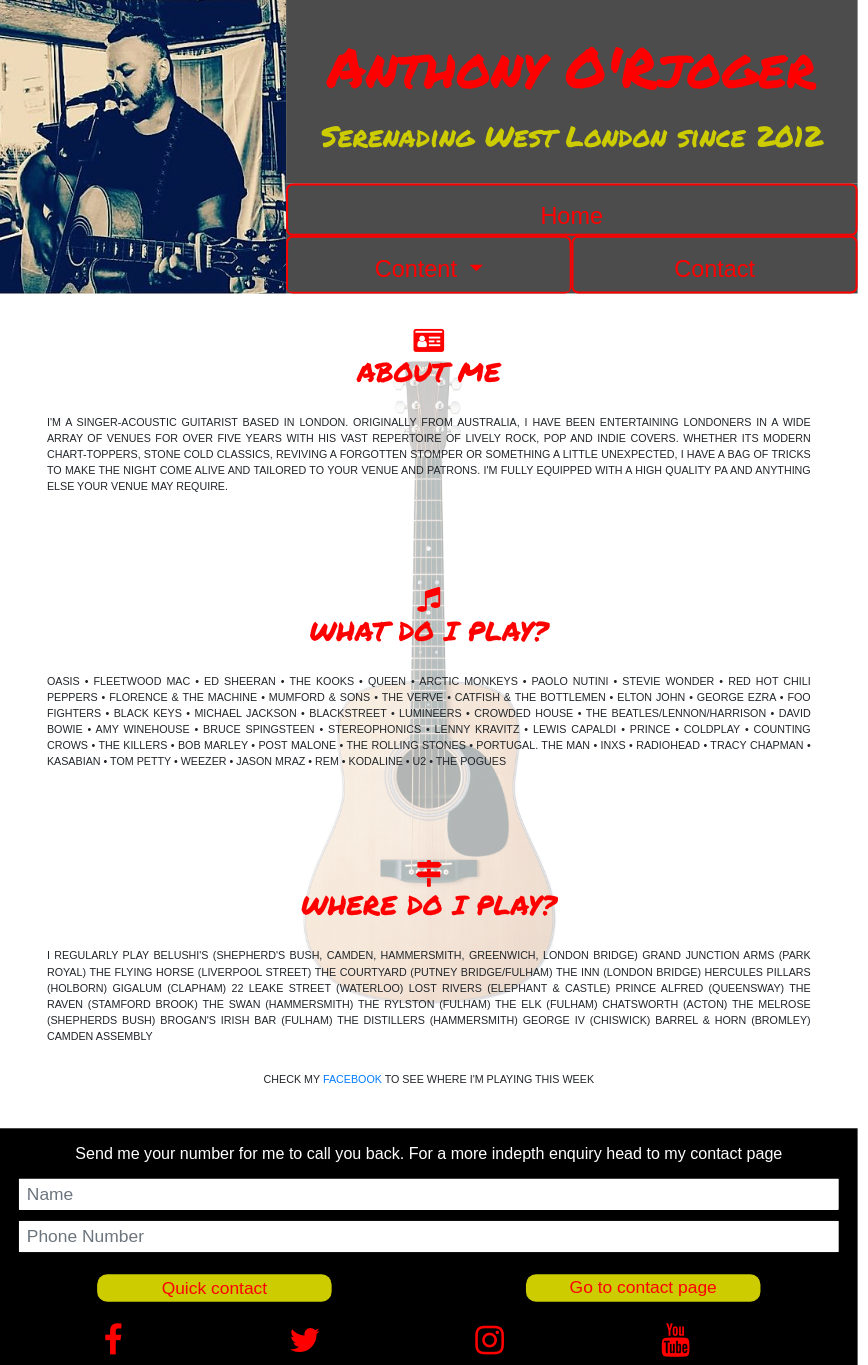
Repository: SimonGeorgeNZ/milestone_1
Page: index.html
The author's editor kept a record of every edit. The page is drawn from the files as they stood at one moment, then again after the next edit.
The browser window is 1280 px wide. The page is 1295 px wide, so the pictures cover 1295 px, including what lies to the right of the window. The pictures show the whole page, at 67% of full size.
Some web fonts or font styles are not loaded; a fallback is used. Some web libraries are served in a nearby version.

Above is the page before.

### index.html
<!DOCTYPE html>
<html lang="en">

<head>
    <meta charset="UTF-8">
    <meta name="viewport" content="width=device-width, initial-scale=1.0">
    <meta http-equiv="X-UA-Compatible" content="ie=edge">
    <link rel="stylesheet" href="assets/css/style.css" type="text/css" />
    <link rel="stylesheet" href="https://maxcdn.bootstrapcdn.com/bootstrap/4.2.1/css/bootstrap.min.css" type="text/css" />
    <link rel="stylesheet" href="https://maxcdn.bootstrapcdn.com/font-awesome/4.7.0/css/font-awesome.min.css" type="text/css" />
    <title>Anthony O'Rjoger</title>
</head>

<body>
    <header>

        <div class="row no-gutters">
            <a class="col-md-4 profile" href="index.html"></a>
            <div class="col-md-8">
                <div class="row no-gutters bg-color-title">
                    <div class="col title">
                        <h1 class="name">Anthony O'Rjoger</h1>
                        <h2 class="tag-line">Serenading West London since 2012</h2>
                    </div>
                </div>
                <div class="row no-gutters bg-col-blk">
                    <div class="col-4 col-sm-12 nav-but">
                        <a href="index.html" class="nav-but-text"><i aria-hidden="true"></i><span>Home</span></a>
                    </div>
                    <div class="col-4 col-sm-6 dropdown nav-but">
                        <button class="btn btn-secondary dropdown-toggle container-fluid" type="button" id="dropdownMenuButton" data-toggle="dropdown" aria-haspopup="true" aria-expanded="false">
    Content
  </button>
                        <div class="dropdown-menu" aria-labelledby="dropdownMenuButton">
                            <a class="dropdown-item" href="photos.html">Photos</a>
                            <a class="dropdown-item" href="videos.html">Videos</a>
                        </div>
                    </div>
                    <div class="col-4 col-sm-6 nav-but">
                        <a href="#quickcontact" class="nav-but-text"><i aria-hidden="true"></i><span>Contact</span></a>
                    </div>
                </div>

            </div>

        </div>
        </div>
    </header>

    <body class="jumbotron-main">
        <div class="row">
            <div class="about">
                <h1 class="text-box-heading"><i class="fa fa-id-card"></i><br>About me</h1>
                <p class="text-box">
                    I'm a singer-acoustic guitarist based in London. Originally from Australia, I have been entertaining Londoners in a wide array of venues for over five years with his vast repertoire of lively rock, pop and indie covers. Whether its modern chart-toppers,
                    stone cold classics, reviving a forgotten stomper or something a little unexpected, I have a bag of tricks to make the night come alive and tailored to your venue and patrons. I'm fully equipped with a high quality PA and anything
                    else your venue may require.
                </p>
            </div>
            <div class="about">
                <h1 class="text-box-heading"><i class="fa fa-music"></i><br>What do I play?</h1>
                <p class="text-box">
                    OASIS • FLEETWOOD MAC • ED SHEERAN • THE KOOKS • QUEEN • ARCTIC MONKEYS • PAOLO NUTINI • STEVIE WONDER • RED HOT CHILI PEPPERS • FLORENCE & THE MACHINE • MUMFORD & SONS • THE VERVE • CATFISH & THE BOTTLEMEN • ELTON JOHN • GEORGE EZRA • FOO FIGHTERS •
                    BLACK KEYS • MICHAEL JACKSON • BLACKSTREET • LUMINEERS • CROWDED HOUSE • THE BEATLES/LENNON/HARRISON • DAVID BOWIE • AMY WINEHOUSE • BRUCE SPINGSTEEN • STEREOPHONICS • LENNY KRAVITZ • LEWIS CAPALDI • PRINCE • COLDPLAY • COUNTING CROWS
                    • THE KILLERS • BOB MARLEY • POST MALONE • THE ROLLING STONES • PORTUGAL. THE MAN • INXS • RADIOHEAD • TRACY CHAPMAN • KASABIAN • TOM PETTY • WEEZER • JASON MRAZ • REM • KODALINE • U2 • THE POGUES
                </p>
            </div>
            <div class="about">
                <h1 class="text-box-heading"><i class="fa fa-map-signs"></i><br>Where do I play?</h1>
                <p class="text-box">
                    I regularly play BELUSHI'S (Shepherd's Bush, Camden, Hammersmith, Greenwich, London Bridge) GRAND JUNCTION ARMS (Park Royal) THE FLYING HORSE (Liverpool Street) THE COURTYARD (Putney Bridge/Fulham) THE INN (London Bridge) HERCULES PILLARS (Holborn) GIGALUM
                    (Clapham) 22 LEAKE STREET (Waterloo) LOST RIVERS (Elephant & Castle) PRINCE ALFRED (Queensway) THE RAVEN (Stamford Brook) THE SWAN (Hammersmith) THE RYLSTON (Fulham) THE ELK (Fulham) CHATSWORTH (Acton) THE MELROSE (Shepherds Bush)
                    BROGAN'S IRISH BAR (Fulham) THE DISTILLERS (Hammersmith) GEORGE IV (Chiswick) BARREL & HORN (Bromley) CAMDEN ASSEMBLY
                </p>

                <p class="text-box-1">Check my <a href="https://www.facebook.com/anthonyorjogermusic/" target="_blank">facebook</a> to see where I'm playing this week </p>


            </div>


        </div>
    </body>
    <footer class="container-fluid footer-bg footer">
        <div class="row">
            <div class="col">
                <form class="contact">
                    <div class="row no-gutters form">
                        <div class="col contact d-none d-md-block">
                            <div class="quickcontact" id="quickcontact">
                                <p>Send me your number for me to call you back. For a more indepth enquiry head to my contact page</p>
                            </div>
                            <input type="text" id="fullname" class="form-control" placeholder="Name" required />
                            <input type="text" id="phonenumber" class="form-control" placeholder="Phone Number" required />
                        </div>
                        <div class="row contactmobile d-md-none contact">
                            <div class="col-12">
                                <input type="text" id="fullname" class="form-control" placeholder="Name" name="name" required/>
                                <input type="email" id="emailaddress" class="form-control" placeholder="Email" name="email" required/>
                            </div>
                            <div class="col-12">
                                <textarea rows="5" name="projectsummary" id="projectsummary" class="form-control" placeholder="Whats the gig?" required/></textarea>
                            </div>
                        </div>
                    </div>
                </form>
            </div>
        </div>
        <div class="row">
            <input class="submit" type="submit" value="Quick contact" data-toggle="modal" data-target="#thanks" />
            <a href="contact.html" class="contactlink"><i aria-hidden="true"></i><span>Go to contact page</span></a>
        </div>
        <div class="container social-links-top">
            <div class="row no-gutters">
                <div class="col-3">
                    <a class="social-but" target=_ "blank" href="https://www.facebook.com/anthonyorjogermusic/">
                             <i class="fa fa-facebook" aria-hidden="true"></i>
                               <span class="sr-only">facebook</span>
                        </a>
                </div>
                <div class="col-3">
                    <a class="social-but" target=_ "blank" href="https://twitter.com/anthonyorjoger">
                             <i class="fa fa-twitter" aria-hidden="true"></i>
                               <span class="sr-only">Twitter</span>
                        </a>
                </div>
                <div class="col-3">
                    <a class="social-but" target=_ "blank" href="https://www.instagram.com/aor_music/">
                             <i class="fa fa-instagram" aria-hidden="true"></i>
                               <span class="sr-only">Instagram</span>
                        </a>
                </div>
                <div class="col-3">
                    <a class="social-but" target=_ "blank" href="https://www.youtube.com/channel/UCJdZ-PkIdPwwX4xIostHZ1g">
                             <i class="fa fa-youtube" aria-hidden="true"></i>
                               <span class="sr-only">Youtube</span>
                        </a>
                </div>
            </div>
        </div>
    </footer>

</body>
<script src="https://code.jquery.com/jquery-3.4.1.slim.min.js" integrity="sha384-J6qa4849blE2+poT4WnyKhv5vZF5SrPo0iEjwBvKU7imGFAV0wwj1yYfoRSJoZ+n" crossorigin="anonymous"></script>
<script src="https://cdn.jsdelivr.net/npm/popper.js@1.16.0/dist/umd/popper.min.js" integrity="sha384-Q6E9RHvbIyZFJoft+2mJbHaEWldlvI9IOYy5n3zV9zzTtmI3UksdQRVvoxMfooAo" crossorigin="anonymous"></script>
<script src="https://stackpath.bootstrapcdn.com/bootstrap/4.4.1/js/bootstrap.min.js" integrity="sha384-wfSDF2E50Y2D1uUdj0O3uMBJnjuUD4Ih7YwaYd1iqfktj0Uod8GCExl3Og8ifwB6" crossorigin="anonymous"></script>

<div class="modal fade" id="thanks" tabindex="-1" role="dialog" aria-labelledby="exampleModalLabel" aria-hidden="true">
    <div class="modal-dialog" role="document">
        <div class="modal-content">
            <div class="modal-header">
                <h5 class="modal-title" id="exampleModalLabel">Thanks!</h5>
                <button type="button" class="close" data-dismiss="modal" aria-label="Close">
          <span aria-hidden="true">&times;</span>
        </button>
            </div>
            <div class="modal-body">
                I'll be in touch shortly
            </div>
            <div class="modal-footer">
                <button type="button" class="close" data-dismiss="modal">Close</button>
            </div>
        </div>
    </div>
</div>

</html>

### assets/css/style.css
@import url('https://fonts.googleapis.com/css?family=Alatsi|Permanent+Marker|100,200,300,400,500,600,700');



/*------------------Colors------*/

.bg-color-title {
    background-color: #4c4c4c;
}

.li-menu-color {
    background-color: #4c4c4c;
}

.bg-col-blk {
    background-color: #4c4c4c;
}

.footer-bg {
    background-color: black;
}

.submit {
    color: #ff0000!important;
    background-color: #cccc00!important;
}

.contactlink {
    color: #ff0000!important;
    background-color: #cccc00!important;
}

.name {
    color: #ff0000;
}

.tag-line {
    color: #cccc00;
}

.nav-but {
    border-color: #ff0000;
}

.nav-but-text {
    color: #ff0000;
    background-color: #4c4c4c;
}

.dropdown-menu {
    background-color: #4c4c4c !important;
    border-color: #ff0000!important;
}

#dropdownMenuButton {
    color: #ff0000;
    background-color: #4c4c4c;
}

.dropdown-item {
    color: #ff0000!important;
}

h4 {
    color: #ff0000!important;
}

.social-links-top {
    border-color: #ff0000!important;
    background-color: #000000;
}

.page-heading {
    color: #ff0000;
}

.quickcontact {
    color: #ffffff;
}


/*------------------Heading------*/

header {
    margin: 0;
}

.title {
    margin-left: 25px;
    margin-right: 25px;
}


.profile {
    background: url("../images/anthony.jpg");
    background-position: center;
    background-repeat: no-repeat;
    background-size: cover;
    min-height: 350px;
    transition: all ease-in-out;
    -moz-transition: all .5s ease-in-out;
    -webkit-transition: all .5s ease-in-out;

}

.name {
    font-family: "Permanent Marker", sans-serif;
    font-weight: 100;
    font-size: calc(70px + 1vw);
    margin-top: 50px;
    text-align: center;
    padding-bottom: 20px;
}

.tag-line {
    font-family: "Permanent Marker", sans-serif;
    font-weight: 200;
    font-size: calc(30px + 1vw);
    margin-bottom: 20px;
    text-align: center;
    padding-bottom: 25px;
}


.menucontainer {
    font-size: 0;
}

#nav li {
    font-size: 14px;
    padding: 0;
    margin: 0;
}

.social-links-top {
    padding-bottom: 0;
    margin: 0;
    border-style: none;
}

/*------------------Nav------*/

.nav-but {
    border-style: solid;
    border-width: 3px;
    border-radius: 10px;
    text-align: center;
    padding-top: 20px;
}

.nav-but-text {
    font-family: 'Alatsi', sans-serif;
    font-size: 35px;
}

.dropdown-menu {
    border-width: 3px!important;
    font-size: 35px!important;
    text-align: center!important;
    min-width: 75px!important;
    min-height: 75px!important;
    border-radius: 10px!important;
}

#dropdownMenuButton {
    font-family: 'Alatsi', sans-serif;
    font-size: 35px;
    border: none;
}

.icon {
    font-size: 35px!important;
    color: #ff0000;
}

.dropdown {
    padding-top: 15px;
}

.dropdown-toggle:hover {
    background-color: transparent;
    color: #000000!important
}


.dropdown-item:hover {
    background-color: transparent!important;
    color: #000000!important
}

.nav-but-text:hover {
    cursor: pointer;
    color: #000000!important;
    text-decoration: none;
}


/*------------------Main-section------*/

.text-box-heading {
    color: #ff0000;
    font-family: "Permanent Marker", sans-serif;
    text-transform: uppercase;
}

.text-box {
    font-family: 'Alatsi', sans-serif;
    margin: 40px;
    text-transform: uppercase;
}

.text-box-1 {
    font-family: 'Alatsi', sans-serif;
    text-align: center;
    text-transform: uppercase;
}

h1 {
    color: #ff000!important;
}

.jumbotron {
    margin-bottom: 0!important;
    padding: 0;
}

.jumbotron-main {
    background-attachment: scroll;
    background: url("../images/Background-image.png");
    background-repeat: no-repeat;
    background-position: center;
    padding: 0;

}

.social-but {
    font-size: 50px;
    color: #ff0000;
    margin-left: 25%;
}

.about {
    text-align: justify;
    margin: 45px;
}

.text-box-heading {
    text-align: center;
}

.image {
    margin: auto;
    margin-top: 100px;
    display: block;
    height: 200px;
    width: 200px;

}

.video {
    text-align: center;
    height: 150px;
    width: 150px;
    margin-top: 50px;
}

.image:hover {
    cursor: pointer;
}

.bottom-padding {
    margin-bottom: 250px;
}

.image-text {
    padding-top: 15px;
    text-align: center;
    font-family: 'Alatsi', sans-serif;
    font-size: 20px;
}

.modal-footer {
    font-family: 'Alatsi', sans-serif;
    font-size: 25px;
    text-align: center;
}

.modal-image {
    width: auto;
    height: auto;
}

/*------------------Contact------*/

.form-control {
    border-style: solid!important;
    border-width: 3px!important;
    border-color: #000000!important;
}

.page-heading {
    font-family: "Permanent Marker", sans-serif;
    font-size: 65px;
    text-transform: uppercase;
    text-align: center;
    padding-top: 20px;
}


/*------------------Footer------*/


.submit {
    font-family: 'Alatsi', sans-serif;
    font-size: 26px;
    border: none;
    margin: auto;
    margin-top: 10px;
    margin-bottom: 20px;
    border-radius: 15px;
    width: 350px;
}

.contactlink {
    font-family: 'Alatsi', sans-serif;
    font-size: 26px;
    border: none;
    margin: auto;
    margin-top: 10px;
    margin-bottom: 20px;
    border-radius: 15px;
    width: 350px;
    text-align: center;
}

.contact {
    padding: 10px;

}

#fullname {
    margin-bottom: 10px;
}

input[type="text"] {
    font-family: 'Alatsi', sans-serif;
    font-size: 26px;
}

input[type="email"] {
    font-family: 'Alatsi', sans-serif;
    font-size: 26px;
}


#projectsummary {
    font-family: 'Alatsi', sans-serif;
    font-size: 26px;
}

.social-links-top {
    width: 100vw;
}

.quickcontact {
    font-family: 'Alatsi', sans-serif;
    font-size: 24px;
    text-align: center;
}

.contactlink:hover {
    text-decoration: none;
    color: #000000!important;
}

.submit:hover {
    cursor: pointer;
    color: #000000!important;
}

After the next edit:
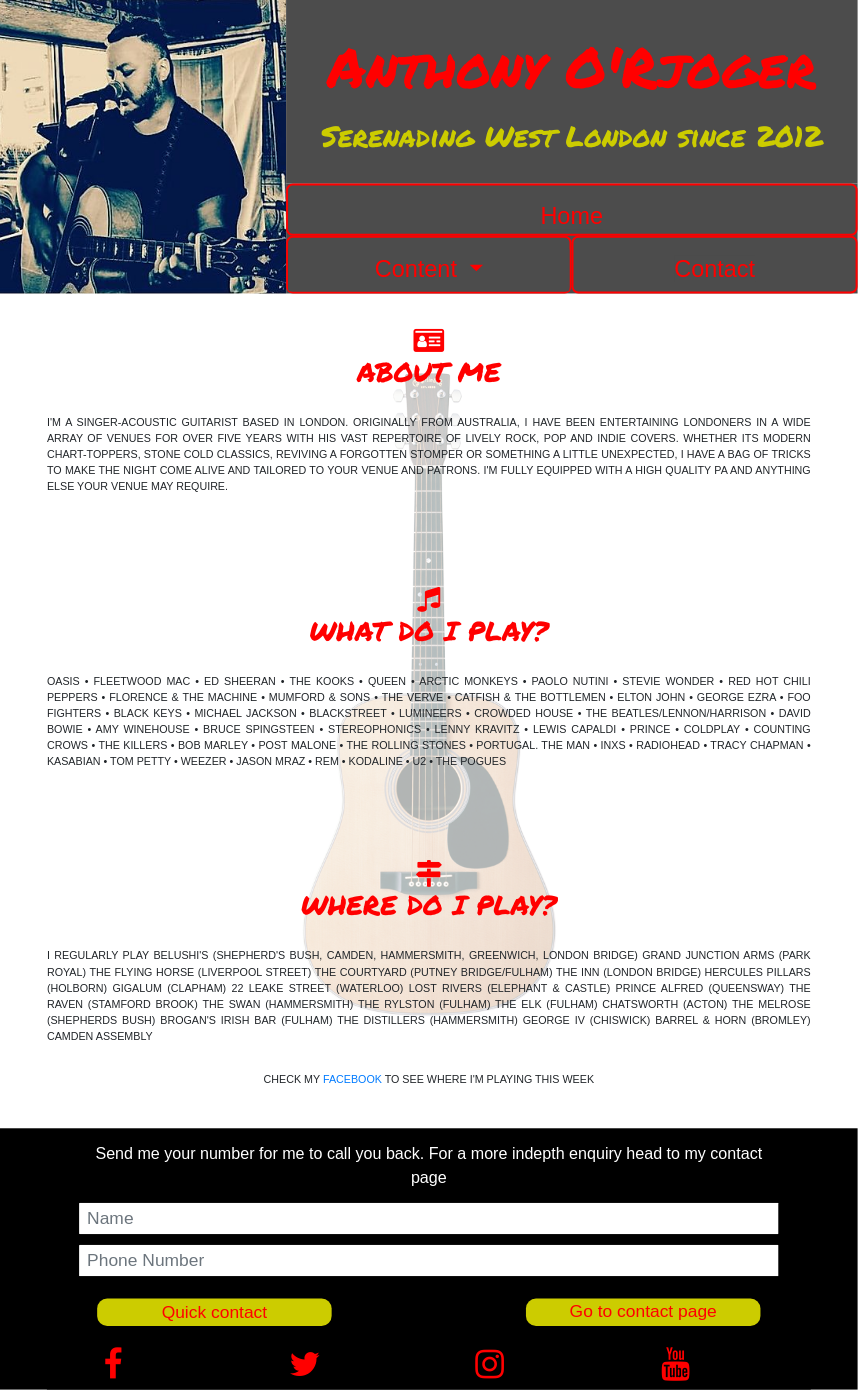
The edit:
--- a/assets/css/style.css
+++ b/assets/css/style.css
@@ -335,6 +335,8 @@
 
 .contact {
     padding: 10px;
+    margin-left: 45px;
+    margin-right: 45px;
 
 }
 
